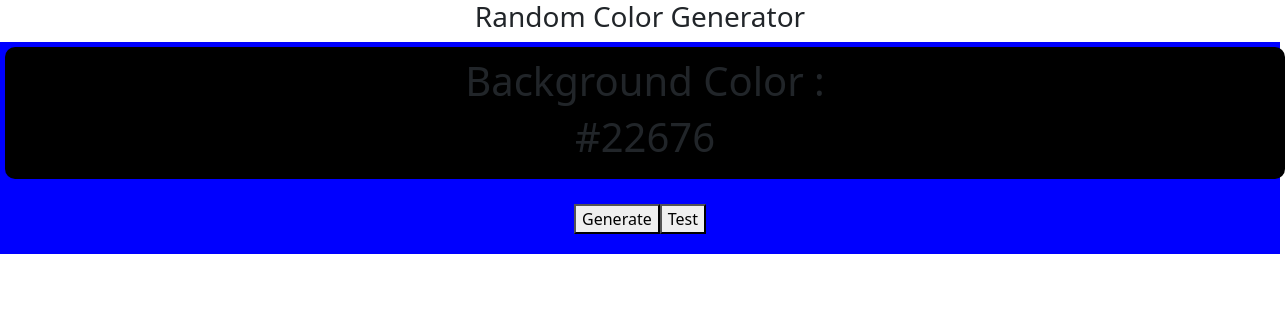
Repository: Sarah7223/internet-programming-tp
Page: TP4/TP04.4.html
An editor plug-in stored every save of this project. The page is shown before and after the next save, followed by the edit.
The browser window is 1280 px wide. The page is 1285 px wide, so the pictures cover 1285 px, including what lies to the right of the window. The pictures show the whole page.

Above is the page before, as saved 2023-01-31 23:17:00.
Console error: ReferenceError: Counter is not defined

### TP4/TP04.4.html
<!DOCTYPE html>
    <head>
        <style>
            .background{
                height: 100%;
                width:100%;
                display: flex;
                justify-content: center;
                flex-direction: column;
                align-items: center;
            }
            .colored-background{
                height: 100%;
                width:100%;
                display: flex;
                background-color: blue;
                justify-content: center;
                flex-direction: column;


            }
            .title{
                width: 100%;
                margin:5px;
                background-color: black;
                display: flex;
                flex-direction: column;
                justify-content: center;
                align-items: center;
                padding: 10px;
                border-radius: 10px;
            }
            .buttons{
                display: flex;
                justify-content: center;
                margin:20px;
            }
            button{
                margin: 10px;
            }

        </style>
        <link href="https://cdn.jsdelivr.net/npm/bootstrap@5.3.0-alpha1/dist/css/bootstrap.min.css" rel="stylesheet" integrity="sha384-GLhlTQ8iRABdZLl6O3oVMWSktQOp6b7In1Zl3/Jr59b6EGGoI1aFkw7cmDA6j6gD" crossorigin="anonymous">
    </head>
    <body>
        <div class="background">
            <h3>Random Color Generator</h3>
            <div class="colored-background">
                <div class="title">
                    <h1>Background Color :</h1>
                    <h1>#22676</h1>
                </div>
                <div class="buttons">
                    <button>Generate</button>
                    <button>Test</button>

                </div>

            </div>
        </div>


        <script src="https://cdn.jsdelivr.net/npm/bootstrap@5.3.0-alpha1/dist/js/bootstrap.bundle.min.js" integrity="sha384-w76AqPfDkMBDXo30jS1Sgez6pr3x5MlQ1ZAGC+nuZB+EYdgRZgiwxhTBTkF7CXvN" crossorigin="anonymous"></script>
        <script>
            class Color{
                colorType='';
                records=[];
                constructor(type){
                    this.colorType=type;
                }
                generate(){

                }
                getRandomNumber(){

                }
                getRecords(){

                }
                reset(){

                }

            }
            const count= new Counter();
            const increaseBtn=document.querySelector("#increase");
            const decreaseBtn=document.querySelector("#decrease");
            const resetBtn=document.querySelector("#reset");
            increaseBtn.addEventListener('click',e=> {count.increase()});
            decreaseBtn.addEventListener('click',e=> {count.decrease()});
            resetBtn.addEventListener('click',e=> {count.reset()});
        </script>

    </body>
</html

After the next save:
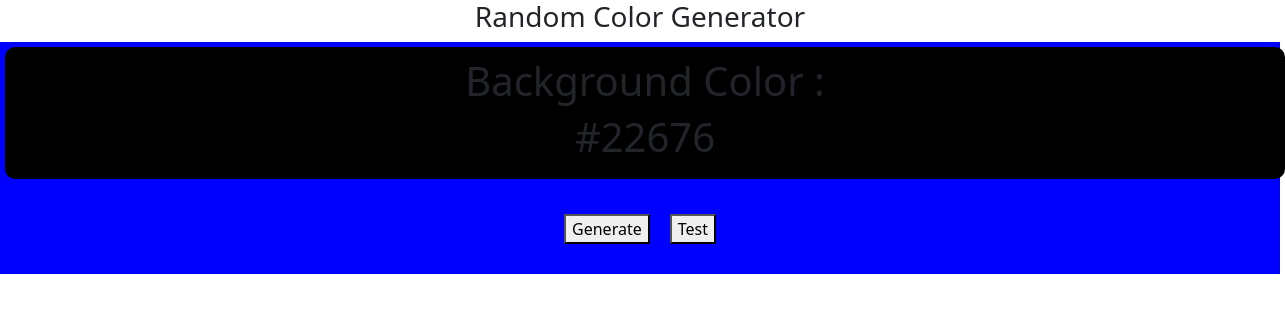
Saved 29 s later.
--- a/TP4/TP04.4.html
+++ b/TP4/TP04.4.html
@@ -35,7 +35,7 @@
                 justify-content: center;
                 margin:20px;
             }
-            button{
+            .but1{
                 margin: 10px;
             }
 
@@ -51,8 +51,8 @@
                     <h1>#22676</h1>
                 </div>
                 <div class="buttons">
-                    <button>Generate</button>
-                    <button>Test</button>
+                    <button class="but1">Generate</button>
+                    <button class="but1">Test</button>
 
                 </div>
 
